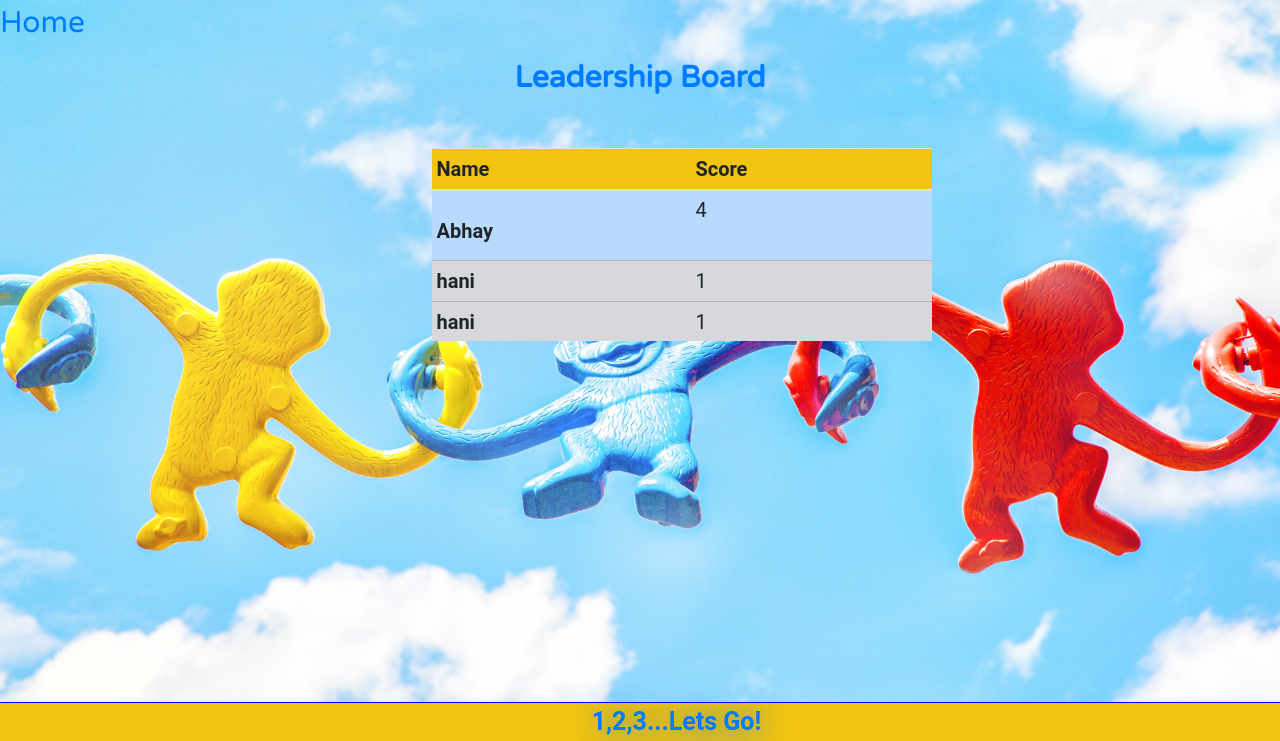
Repository: hanihassan1/Riddle-Game
Page: http://localhost/leadership
The author's editor kept a record of every edit. The page is drawn from the files as they stood at one moment, then again after the next edit.
The browser window is 1280 px wide. The pictures show the whole page.
Some web fonts or font styles are not loaded; a fallback is used. The page is served by the project's application, run on Flask 3 (run.py).

Above is the page before.

### user_scores.txt
Abhay
4
hani
1
hani
1

### templates/leadership.html
{% extends 'base.html' %}
{% block head %}
<script src="{{ url_for('static', filename='main.js')  }}"></script>

{% endblock %}
{% block content %}

<div class="container-flud">
  <div class="row no-gutters">

    <div class="col-sm-4 lead-homebt"><a href="https://9756ebca0b6a461ca3515f5d51d978ee.vfs.cloud9.us-east-1.amazonaws.com">Home</a></div>
    <div class="col-sm-4">
      <h2 class="lead-head">Leadership Board  <i class="fas fa-trophy"></i></h2>

    </div>
    <div class="col-sm-4"></div>
  </div>
</div>

<div class="container-fluid">
  <div class="row no-gutters lead-backg">
     <div class="col-sm-4"></div>
      <div class="col-sm-4">
    <table class="table table-sm" style="background-color:#F1C40F;">
      <thead>
        <tr>
          <th scope="col">Name</th>
          <th scope="col">Score</th>
        </tr>
      </thead>
      <tbody>
        {% for i in range(0, username|length)|reverse %}
        {% if i == username|length -1 %}
        <tr class="table-primary">
          <th scope="row"><i class="fas fa-medal"></i>  {{username[i]}}</th>
          <td>{{score[i]}}</td>
          {% else %}
          <tr class="table-secondary">
          <th scope="row">{{username[i]}}</th>
          <td>{{score[i]}}</td>
          {% endif %}
        {% endfor %}
        </tr>
      </tbody>
    </table>
    </div>
 <div class="col-sm-4"></div>
  </div>
</div>



{% endblock %}

### templates/base.html
<!DOCTYPE html>
<html lang="en">

<head>
    <meta charset="UTF-8">
    <meta name="viewport" content="width=device-width, initial-scale=1.0">
    <meta http-equiv="X-UA-Compatible" content="ie=edge">
    <meta name="description" content="">
    <meta name="author" content="">

    <title>{{title}}</title>
    <link rel="stylesheet" href="https://stackpath.bootstrapcdn.com/bootstrap/4.3.1/css/bootstrap.min.css" integrity="sha384-ggOyR0iXCbMQv3Xipma34MD+dH/1fQ784/j6cY/iJTQUOhcWr7x9JvoRxT2MZw1T" crossorigin="anonymous">
    <script src="https://code.jquery.com/jquery-3.3.1.slim.min.js" integrity="sha384-q8i/X+965DzO0rT7abK41JStQIAqVgRVzpbzo5smXKp4YfRvH+8abtTE1Pi6jizo" crossorigin="anonymous"></script>
    <script src="https://cdnjs.cloudflare.com/ajax/libs/popper.js/1.14.7/umd/popper.min.js" integrity="sha384-UO2eT0CpHqdSJQ6hJty5KVphtPhzWj9WO1clHTMGa3JDZwrnQq4sF86dIHNDz0W1" crossorigin="anonymous"></script>
    <script src="https://stackpath.bootstrapcdn.com/bootstrap/4.3.1/js/bootstrap.min.js" integrity="sha384-JjSmVgyd0p3pXB1rRibZUAYoIIy6OrQ6VrjIEaFf/nJGzIxFDsf4x0xIM+B07jRM" crossorigin="anonymous"></script>
    <link href="{{ url_for('static', filename='css/style.css')  }}" rel="stylesheet" type="text/css">
    <link rel="stylesheet" href="https://cdnjs.cloudflare.com/ajax/libs/hover.css/2.3.1/css/hover.css" />
    {% block head %} {% endblock %}
</head>

<body>


        {% block content %} {% endblock %}





    <footer>
        <div class="container-fluid">
            <div class="row foot-edit">
                <div class="col-md-4"></div>
                <div class="col-md-4"><strong><a class="footer-name" href="{{url_for('index') }}">1,2,3...Lets Go!</a></strong></div>
                <div class="col-md-4"></div>
            </div>
        </div>
    </footer>

    <script src="{{ url_for('static', filename='main.js')  }}"></script>
</body>

</html>

### run.py
import os
from flask import Flask,render_template, request, flash, jsonify
import json
import random
import numpy



app = Flask(__name__)
app.secret_key = "its_secure"

@app.route('/', methods=["GET", "POST"])
def index():
     if request.method=="POST":
        print(request.form)
        file= open("user_info.txt", "a")
        file.write("Name:{},Age:{},Grade:{}\n"
                  .format(request.form['name'],request.form['age'],
                  request.form['grade']))
        file.close()
        flash(" Hello {}, Welcome! Let's get started. Choose a grade."
        .format(request.form['name']))
     return render_template("index.html", title = "Home Page")



@app.route('/jk_sk/', methods=["GET", "POST"])
def jk_sk_ans():
    args = request.args
    username = args['username']
    return render_template("jk_sk.html", user=username)


@app.route('/get_score/api/v1/', methods=["GET", "POST"])
def user_score():
    my_arg = request.args
    post_name = my_arg['name']
    post_score = my_arg['score']
    file_score = open("user_scores.txt", "a")
    file_score.write(post_name + "\n" + post_score + "\n")
    file_score.close()

    return jsonify("true")



@app.route('/checkans/api/v1/', methods=['GET'])
def que_ans():
    my_arg = request.args
    check_ques = my_arg['question']
    check_ans = my_arg['answer']
    check_category = my_arg['category']
    if check_category == "jk_sk":
        file_name = "data/jk_sk.json"
    if check_category == "1-2":
        file_name = "data/one_two.json"
    if check_category == "3-4":
        file_name = "data/three_four.json"
    if check_category == "5":
        file_name = "data/five.json"
    print(file_name, check_category)
    file = open(file_name, "r")
    file_data = file.read()
    file_data = json.loads(file_data)
    print(file_data)
    for items in file_data:
        if (items['question'].rstrip() == check_ques.rstrip().replace('"', '')):
            if items['answer'] == check_ans:
                return jsonify(True)
            else:
                return jsonify(False)

@app.route('/get_question/api/v1/', methods=['GET'])
def get_question():
    my_arg = request.args
    check_ans = my_arg['category']
    if check_ans == "jk_sk":
        file_name = "data/jk_sk.json"
    if check_ans == "1-2":
        file_name = "data/one_two.json"
    if check_ans == "3-4":
        file_name = "data/three_four.json"
    if check_ans == "5":
        file_name = "data/five.json"
    file = open(file_name, "r")
    all_questions = json.loads(file.read())
    random_number = random.randint(0, len(all_questions) - 1)
    ask_question = all_questions[random_number]["question"]
    return jsonify(ask_question)


@app.route('/leadership')
def leadership():
    file = open("user_scores.txt", "r")
    score_data = file.readlines()
    username = []
    score = []
    final_user_list = []
    file.close()
    for i in range(0, len(score_data)):
        if i % 2 == 0:
            username.append(score_data[i].replace('\n',''))
        else:
            score.append(int(score_data[i].replace('\n','')))
    score_index_before_sort = numpy.argsort(score)
    for index in score_index_before_sort:
        final_user_list.append(username[index])
    score = sorted(score)
    if len(score) > 10:
        score = score[-10:]
        final_user_list = final_user_list[-10:]
    return render_template("leadership.html", title = "Leadership Board Page", username =final_user_list , score = score)



@app.route('/jk_sk')
def jk_sk():
    return render_template("jk_sk.html", title = "Jk/Sk Page")


@app.route('/one_two')
def one_two():
    return render_template("one_two.html", title = "Grades: 1 / 2 Page")

@app.route('/three_four')
def three_four():
    return render_template("three_four.html", title = "Grades: 3 / 4 Page")

@app.route('/five')
def five():
    return render_template("five.html", title = "Grade: 5  Page")


@app.route('/check_answer/', methods=["GET"])
def check_answer():
    my_arg = request.args
    question = my_arg['question']
    answers = my_arg['answer']
    answer_return = ""
    with open("data/jk_sk.json", 'r') as file1:
        answer_file = json.load(file1)
    for answer in answer_file:
        print(answer)
        if answer['question'] == question:
            if answer['answer'] == answers:
                answer_return = "True"
            else:
                answer_return = "False"
    return jsonify({'result':answer_return})


if __name__ == '__main__':
    app.run(host=os.environ.get('IP'),
    port=int(os.environ.get('PORT')),
    debug=False)

### static/css/style.css
/*--------------------------------------------fonts*/
@import url('https://fonts.googleapis.com/css?family=Varela+Round:100,200,300,400,500,600,700|EXO:100,200,300,400,500,600,700');
@import url('https://fonts.googleapis.com/css?family=Cantarell:700i:100,200,300,400,500,600,700|EXO:100,200,300,400,500,600,700');
/*--------------------------------------------body & html styles*/
body {
    font-family: 'Varela Round', sans-serif;
    height: 100vh;
    background-image: url(../images/park-troopers-RAtKWVlfdf4-unsplash.jpg);
    background-position: center;
    background-repeat: no-repeat;
    background-size: cover;
    font-family: 'Roboto', sans-serif;
    padding: 0;
    margin: 0;

}

.hide {
    display: none !important;
}


a {
    text-decoration: none !important;
}

html {
 scroll-behavior: smooth;
}


small {
  font-size: 12px;
  color: rgba(0, 0, 0, 0.4);
}

h1 {
  text-align: center;
  padding: 50px 0;
  font-weight: 800;
  margin: 0;
  letter-spacing: -1px;
  color: inherit;
  font-size: 40px;
}



h2 {
  text-align: center;
  font-size: 30px;
  margin: 0;
  font-weight: 300;
  color: inherit;
  padding: 50px;
}

.center {
  text-align: center;
}



section {
  height: 100vh;
}

/*--------------------------------------------index--form &logo*/
#logoOne  {
  border-radius: 15%;
  opacity: .6;
}

.game_name {
  text-align:center;
     padding-bottom: 25px;

}

.signin  {
  color:#007bff;

}


/*--------------------------------------------nav & Question card*/

@media only screen and (max-width: 480px) {
    body {
          max-width: 480px;
    }
    .card_row   {
          font-size:14px!important;
    }
}

.active {
  background-color:#F1C40F;
}


nav {
  width: 80%;
  margin: 0 auto;
  background: #fff;
  padding: 50px 0;
  box-shadow: 0px 5px 0px #dedede;
}

nav ul {
  list-style: none;
  text-align: center;
}
nav ul li {
  display: inline-block;
}
nav ul li a {
  display: block;
  padding: 15px;
  text-decoration: none;
  color: #aaa;
  font-weight: 800;
  text-transform: uppercase;
  margin: 0 10px;
}
nav ul li a,
nav ul li a:after,
nav ul li a:before {
  transition: all .5s;
}
nav ul li a:hover {
  color: #555;
}

nav.shift ul li a {
  position:relative;
  z-index: 1;
}
nav.shift ul li a:hover {
  color: #91640F;
}
nav.shift ul li a:after {
  display: block;
  position: absolute;
  top: 0;
  left: 0;
  bottom: 0;
  right: 0;
  margin: auto;
  width: 100%;
  height: 1px;
  content: '.';
  color: transparent;
  background: #F1C40F;
  visibility: none;
  opacity: 0;
  z-index: -1;
}
nav.shift ul li a:hover:after {
  opacity: 1;
  visibility: visible;
  height: 100%;
}

#nav_catog  {
  background: #f1c40f;
  color: rgba(0, 0, 0, 0.5);

}

#sendMessageButton1     {
    opacity: 9;
     background-color: #A9A9A9;
    border-radius: 10%;
    color: #484848;
}
.sect  {
      height: 96vh;

}
.form-edit  {
  padding-top:20px;

}


.form-control {

     width: 68%!important;

}
.btn {
 margin-top:10px;
}
.form-edit {
  height:75%;
   padding-top: 32px;

}


/*--------------------------------------------nav & Question card*/

@media only screen and (max-width: 768px) {
    body {
          max-width: 768px;
    }
    .foot-edit {
          display: none
    }
}


.footer-name {
  text-align:center;
  padding-left:150px;
  font-size:25px;
  text-shadow: 2px 2px 30px #007bff;

}


.foot-edit  {
  border-top:1px solid blue;
  background: #F1C40F
}

/*--------------------------------------------Leadership page*/

.lead-head  {
  text-align:center;
  font-size:30px;
   color:#007bff;
   font-weight: 700;
   font-family: 'Varela Round', sans-serif
}

.lead-backg {
     height: 77vh;
}


.table {
  width: 500px;
  padding-right: 10%;
  font-size:20px;
}

.lead-homebt {
 font-size:30px;
 padding-bottom:50px;
 color: #F1C40F!important;
 font-family: 'Varela Round', sans-serif
}

.fas  {
  color:gold!important;
  font-size:40px;
}

### static/main.js
$("#incorrect").on("click", function() {
    // $(".prog-result").html("");
    $('#incorrect').trigger('focus')
    $("ul").html("");
    $("#progress").addClass("hide");
    totaLtime = 0;
});

function save_name(){
    username = $("#name").val();
    localStorage.setItem("username", username)
}


var inputs = $("form#contactForm input, form#contactForm textarea");

var validateInputs = function validateInputs(inputs) {
  var validForm = true;
  inputs.each(function(index) {
    var input = $(this);
    if (!input.val() || (input.type === "grade" && !input.is(':checked'))) {
      $("#sendMessageButton1").attr("disabled", "disabled");
      validForm = false;
    }
  });
  return validForm;
}


inputs.each(function() {
  var input = $(this);
  if (input.type === "grade") {
    input.change(function() {
      if (validateInputs(inputs)) {
        $("#sendMessageButton1").removeAttr("disabled");
      }
    });
  } else {
    input.keyup(function() {
      if (validateInputs(inputs)) {
        $("#sendMessageButton1").removeAttr("disabled");
      }
    });
  }
});





















// function req_data(answers) {
//   var xhttp = new XMLHttpRequest();
//   xhttp.onreadystatechange = function() {
//     if (this.readyState == 4 && this.status == 200) {
//       document.getElementById("answer").innerHTML = this.responseText;
//       myResponse = JSON.parse(this.responseText);
//         if ((myResponse.results) == True) {
//     }
//     else {
//       return false
//     }
//   };
//   xhttp.open("GET", "{{url_for('get_question') }}" + "?question=" + "answers" + answers  , true);
//   xhttp.send();
// }
// }


// $("#answerId").on("click", function() {

//     req_data($("#answer_box").val());

// });

After the next edit:
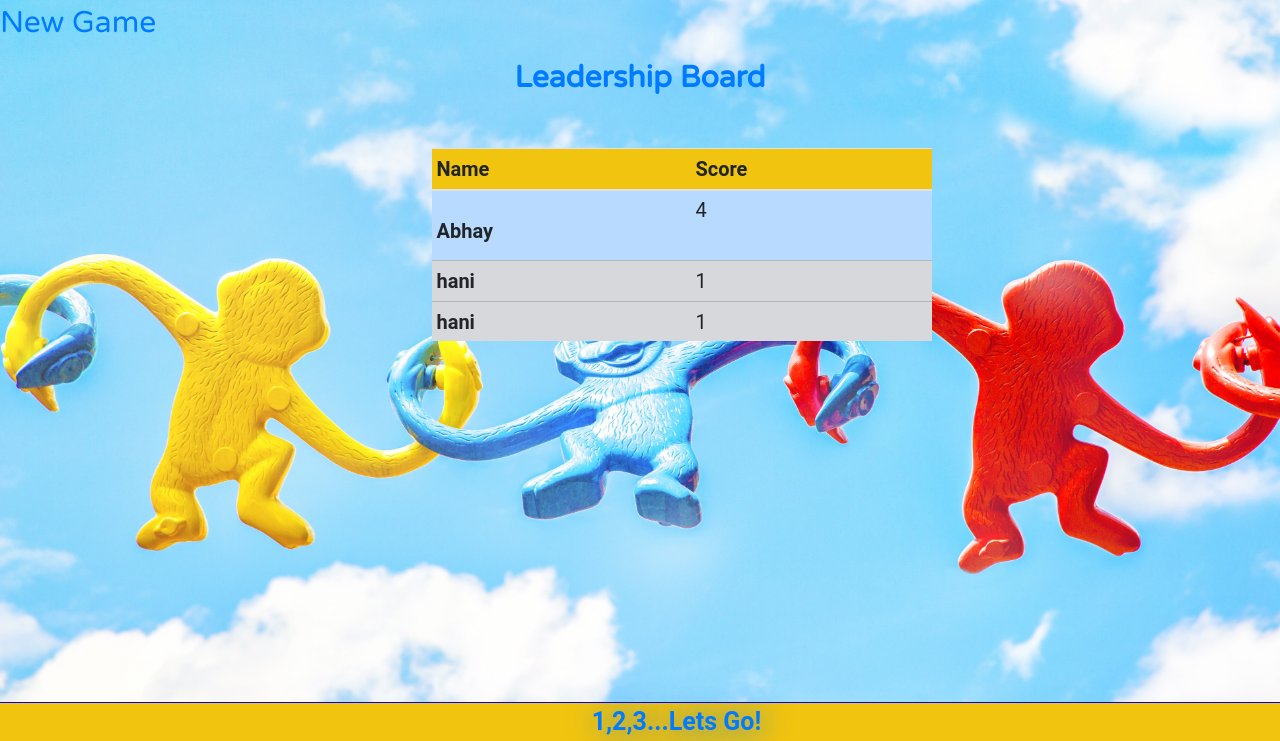
The edit:
--- a/templates/leadership.html
+++ b/templates/leadership.html
@@ -8,7 +8,7 @@
 <div class="container-flud">
   <div class="row no-gutters">
 
-    <div class="col-sm-4 lead-homebt"><a href="https://9756ebca0b6a461ca3515f5d51d978ee.vfs.cloud9.us-east-1.amazonaws.com">Home</a></div>
+    <div class="col-sm-4 lead-homebt"><a href="https://9756ebca0b6a461ca3515f5d51d978ee.vfs.cloud9.us-east-1.amazonaws.com" class="newgame">New Game</a></div>
     <div class="col-sm-4">
       <h2 class="lead-head">Leadership Board  <i class="fas fa-trophy"></i></h2>
 
